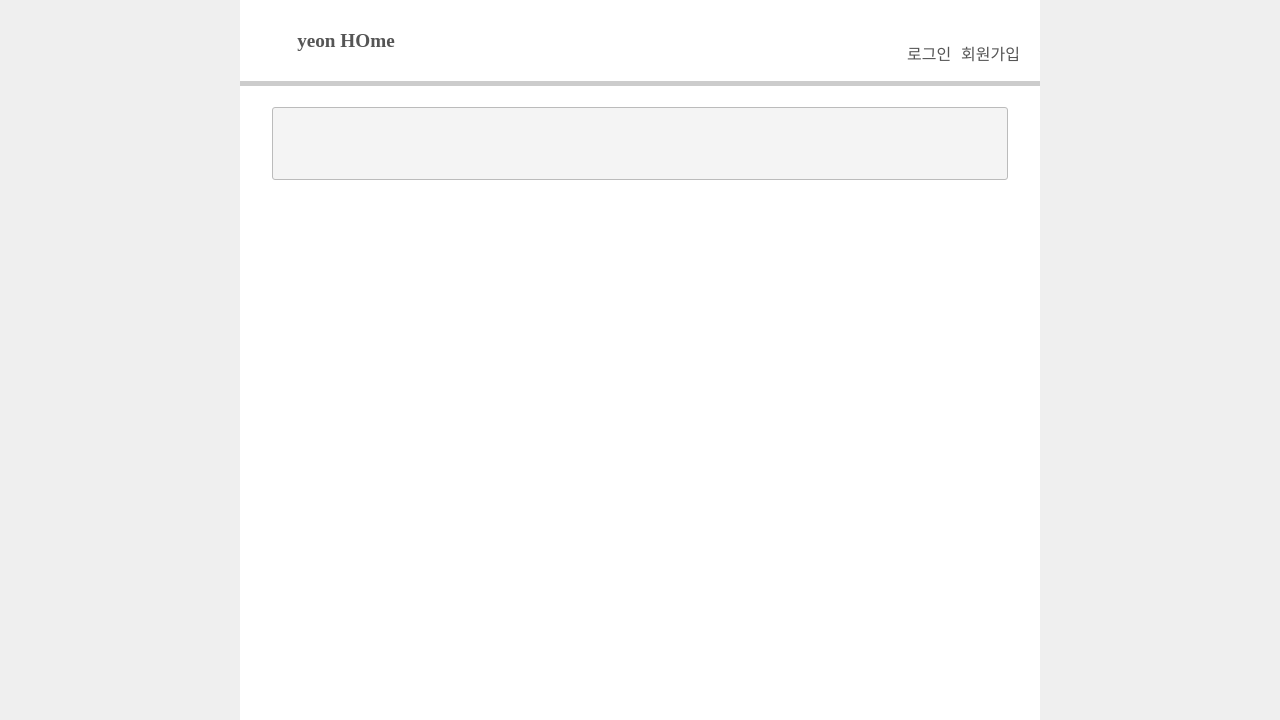
Repository: yeonhwa323/webPro
Page: webPro/src/main/webapp/jquery/days09/ex09_02.html
The author's editor kept a copy of each file at every save. The page is drawn from the files as they stood at one save, then again after the next save.
The browser window is 1280 px wide. The pictures show the whole page.
Some web fonts or font styles are not loaded; a fallback is used.

Above is the page before, as saved 2024-04-17 07:30:27.

After the next save:
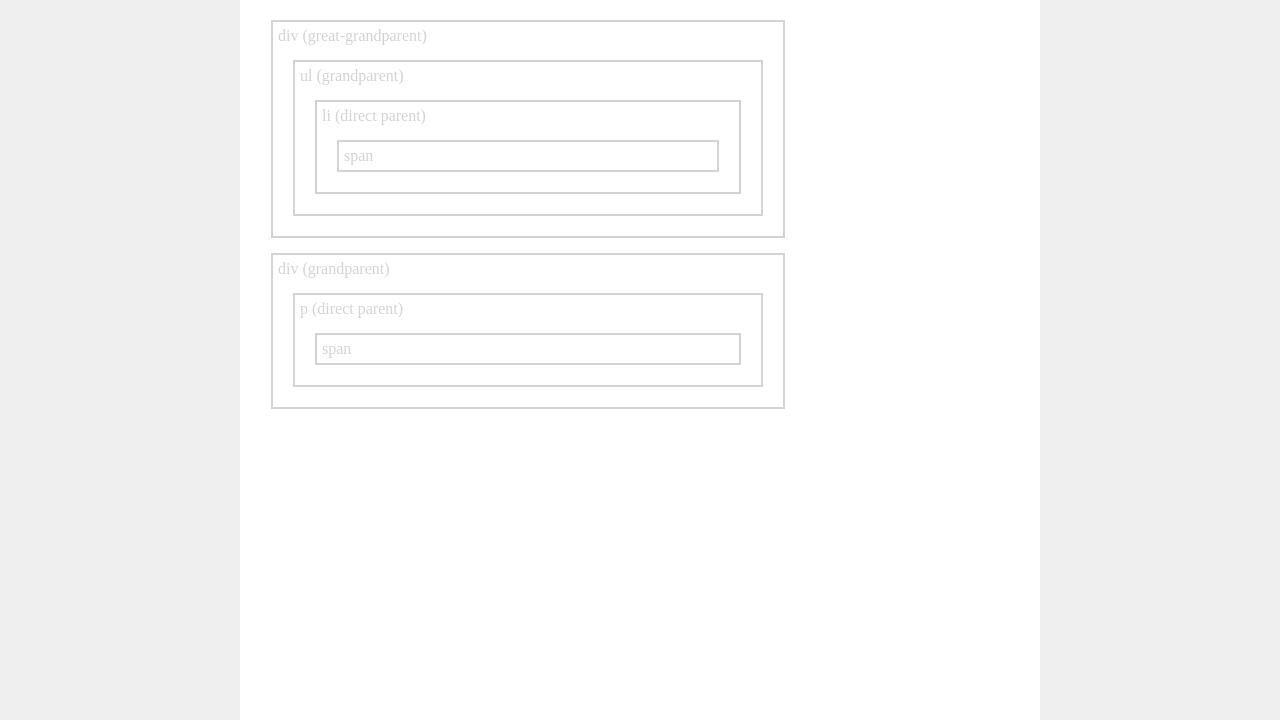
Saved 15 s later.
--- a/webPro/src/main/webapp/jquery/days09/ex09_02.html
+++ b/webPro/src/main/webapp/jquery/days09/ex09_02.html
@@ -24,17 +24,23 @@
 </style>
 </head>
 <body>
-<header>
-  <h1 class="main"><a href="#" style="position: absolute;top:30px;">yeon HOme</a></h1>
-  <ul>
-    <li><a href="#">로그인</a></li>
-    <li><a href="#">회원가입</a></li>
-  </ul>
-</header>
-<div>
-  <xmp class="code">
 
-  </xmp>
+<div class="ancestors">
+  <div style="width:500px;">div (great-grandparent)
+    <ul>ul (grandparent)
+      <li>li (direct parent)
+        <span>span</span>
+      </li>
+    </ul>
+  </div>
+
+  <div style="width:500px;">div (grandparent)
+    <p>p (direct parent)
+      <span>span</span>
+    </p>
+  </div>
 </div>
+
+
 </body>
 </html>
